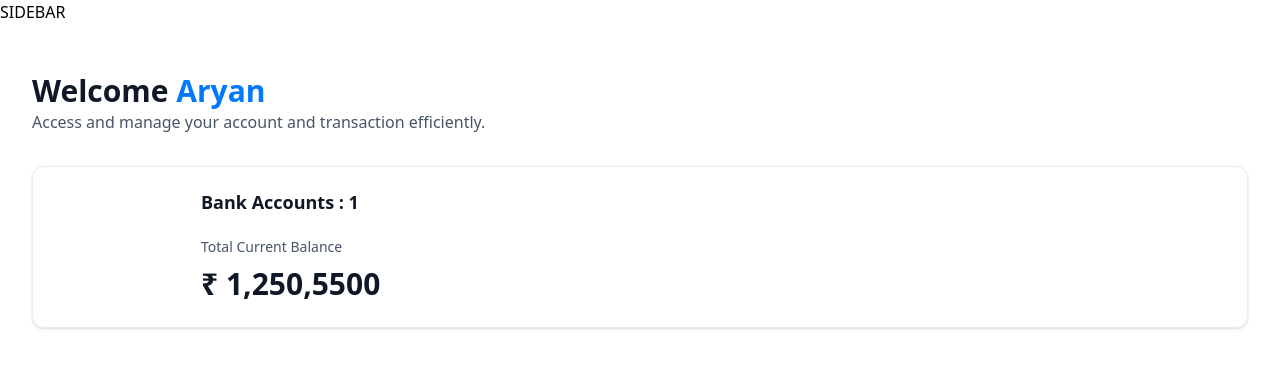
Repository: Strong02coder/banking_app
Page: /
The author's editor kept a copy of each file at every save. The page is drawn from the files as they stood at one save, then again after the next save.
The browser window is 1280 px wide. The pictures show the whole page.
The project was rebuilt for these pictures with package versions that can differ from the ones it lists, and the page was loaded fresh each time. The framework's server and built-in components were replaced by stand-ins that run in the browser. Also part of the build but not shown: next.config.mjs.

Above is the page before, as saved 2024-09-19 19:30:32.

### app/layout.tsx
import type { Metadata } from "next";
import localFont from "next/font/local";
import "./globals.css";

const geistSans = localFont({
  src: "./fonts/GeistVF.woff",
  variable: "--font-geist-sans",
  weight: "100 900",
});
const geistMono = localFont({
  src: "./fonts/GeistMonoVF.woff",
  variable: "--font-geist-mono",
  weight: "100 900",
});

export const metadata: Metadata = {
  title: "Horizon",
  description: "Horizon is a modern banking platform for everyone.",
	icons: {
		icon: '/icons/logo.svg'
	}
};

export default function RootLayout({
  children,
}: Readonly<{
  children: React.ReactNode;
}>) {
  return (
    <html lang="en">
      <body className={`${geistSans.variable} ${geistMono.variable}antialiased`}>{children}</body>
    </html>
  );
}

### app/(root)/layout.tsx
export default function RootLayout({
  children,
}: Readonly<{
  children: React.ReactNode;
}>) {
  return (
    <main>
			SIDEBAR
			{children}
		</main>
  );
}

### app/(root)/page.tsx
import HeaderBox from '@/components/Headerbox'
import TotalBalanceBox from '@/components/TotalBalanceBox'

const Home = () => {
	const loggedIn = {firstName : 'Aryan'}
	return (
		<section className="home">
			<div className="home-content">
				<header className="home-header">
					<HeaderBox
					  type = "greeting"
						title = "Welcome"
						user = {loggedIn?.firstName || 'Guest'}
						subtext = "Access and manage your account and transaction efficiently."
					/>
					<TotalBalanceBox
					  accounts = {[]}
						totalBanks = {1}
						totalCurrentBalance = {1250.55}
					/>
				</header>
			</div>
		</section>
	)
}

export default Home

### components/Headerbox.tsx
const Headerbox = ({type = "title", title, subtext, user}: HeaderBoxProps) => {
	return (
		<div className="header-box">
			<h1 className="header-box-title">
				{title}
				{type === 'greeting' && (
					<span className="text-bankGradient">
						&nbsp;{user}
					</span>
				)}
				<p className="header-box-subtext">{subtext}</p>

			</h1>
		</div>
	)
}

export default Headerbox

### components/TotalBalanceBox.tsx
import AnimatedCounter from './AnimatedCounter'

const TotalBalanceBox = ({accounts = [], totalBanks, totalCurrentBalance}: TotlaBalanceBoxProps) => {
	return (
		<section className="total-balance">
			<div className="total-balance-chart">
				{/* DonughnutChart */}
			</div>
			<div className="flex flex-col gap-6">
				<h2 className="header-2">
					Bank Accounts : {totalBanks}
				</h2>
				<div className="flex flex-col gap-2">
					<p className="total-balance-label">
						Total Current Balance
					</p>
					<p className="total-balance-amount flex-center gap-2">
						<AnimatedCounter amount={totalCurrentBalance}/>
					</p>
				</div>
			</div>
		</section>
	)
}

export default TotalBalanceBox

### components/AnimatedCounter.tsx
'use client';

import CountUp from "react-countup";

const AnimatedCounter = ({amount}:{amount:number}) => {
	return (
		<div>
			<CountUp
				duration={2.75}
				decimals={4}
			  decimal=","
  			prefix="₹ "
				end={amount}
			/>
		</div>
	)
}

export default AnimatedCounter

Loaded but not shown: app/globals.css (common file); tailwind.config.ts (common file)

After the next save:
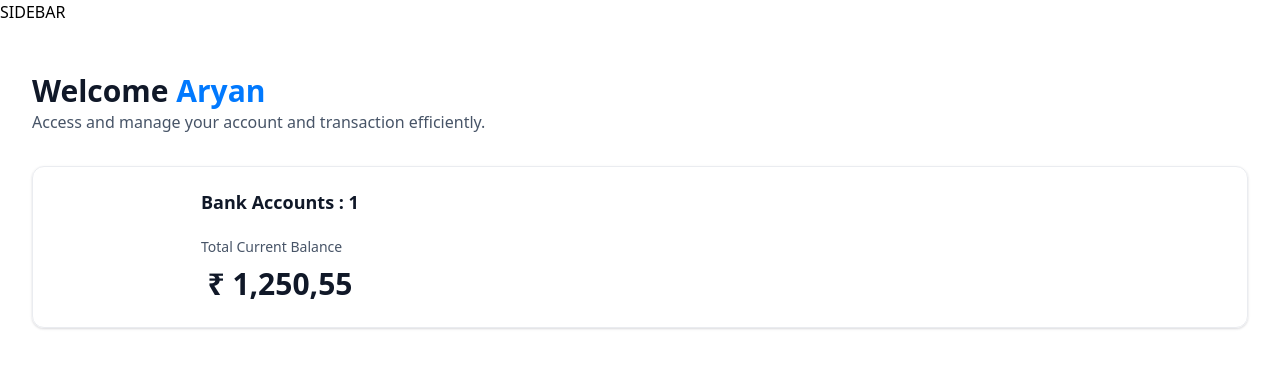
Saved 24 s later.
--- a/components/AnimatedCounter.tsx
+++ b/components/AnimatedCounter.tsx
@@ -7,7 +7,7 @@ const AnimatedCounter = ({amount}:{amount:number}) => {
 		<div>
 			<CountUp
 				duration={2.75}
-				decimals={4}
+				decimals={2}
 			  decimal=","
   			prefix="₹ "
 				end={amount}
